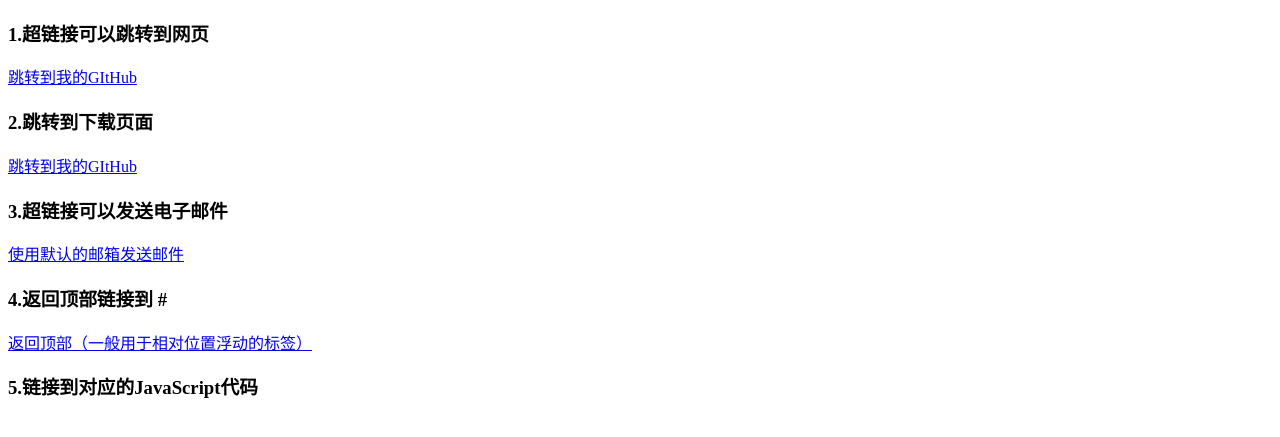
Repository: jarvanstack/vscode
Page: HTML/HTML超链接有哪些.html
The author's editor kept a copy of each file at every save. The page is drawn from the files as they stood at one save, then again after the next save.
The browser window is 1280 px wide. The pictures show the whole page.

Above is the page before, as saved 2020-06-11 09:31:12.

After the next save:
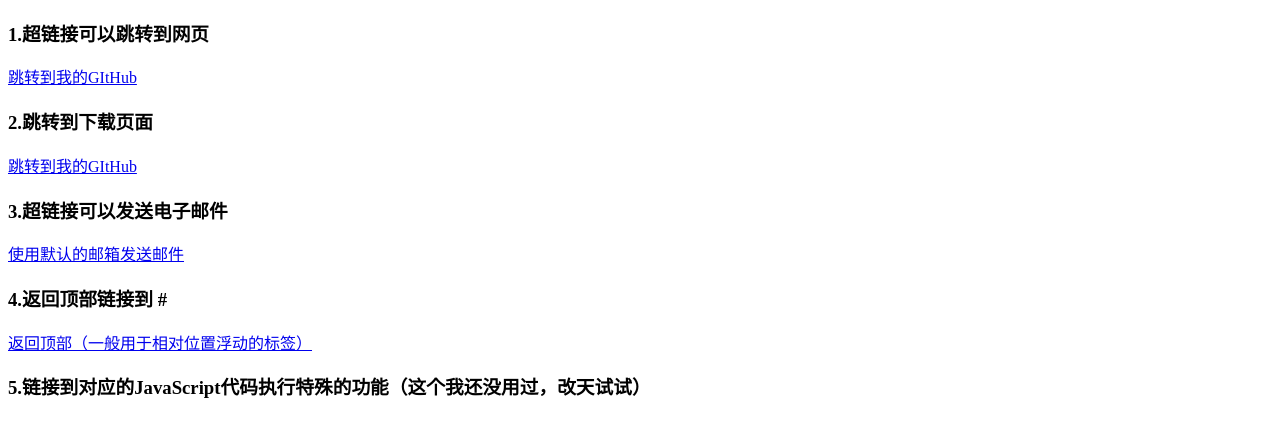
Saved 34 s later.
--- a/HTML/HTML超链接有哪些.html
+++ b/HTML/HTML超链接有哪些.html
@@ -14,6 +14,7 @@
     <a href="jarvanDeng@163.com">使用默认的邮箱发送邮件</a>
     <h3>4.返回顶部链接到 # </h3>
     <a href="#">返回顶部（一般用于相对位置浮动的标签）</a>
-    <h3>5.链接到对应的JavaScript代码</h3>
+    <h3>5.链接到对应的JavaScript代码执行特殊的功能（这个我还没用过，改天试试）</h3>
+    <a href=""></a>
 </body>
 </html>
